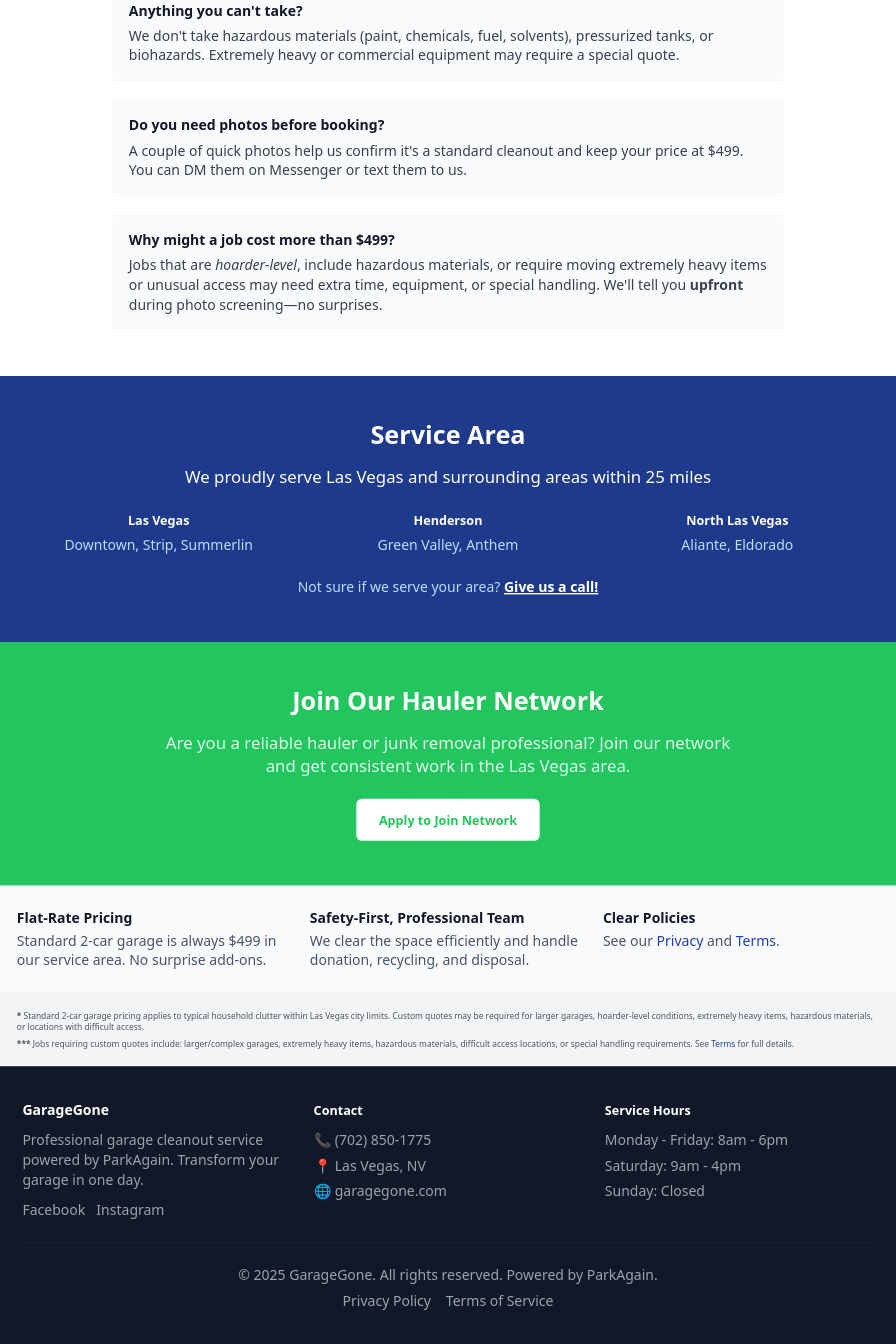
Repository: nikwhite1169/garagegone
Page: index.html
An editor plug-in stored every save of this project. The page is shown before and after the next save, followed by the edit.
The browser window is 1280 px wide. The pictures show the part of the page from y = 3853 to 5773 px (the page is 5773 px tall before and 5749 px after), at 70% of full size.
Some web libraries are served in a nearby version.

Above is the page before, as saved 2025-09-16 19:41:39.

After the next save:
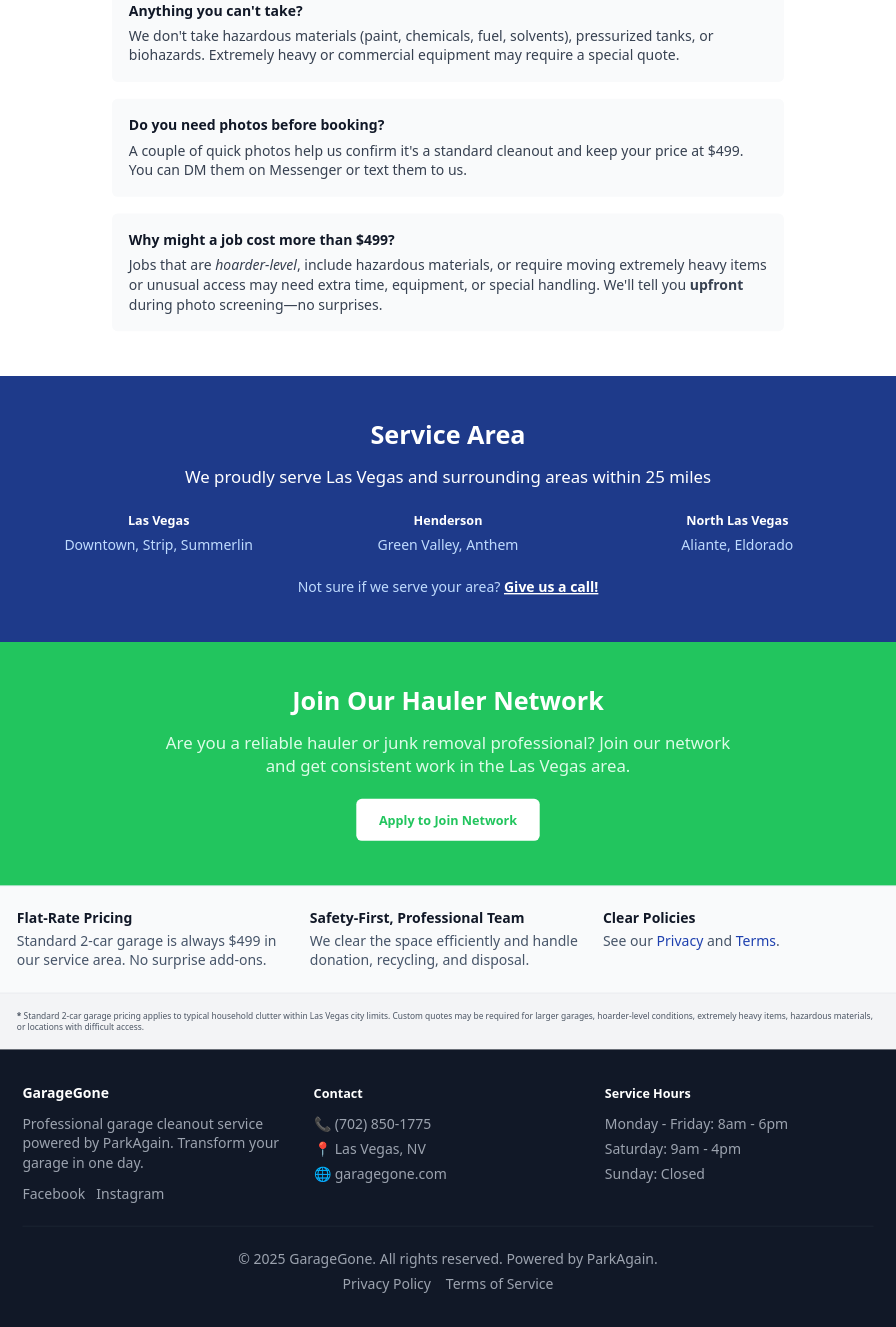
Saved 10 s later.
--- a/index.html
+++ b/index.html
@@ -397,7 +397,6 @@
       <div class="max-w-7xl mx-auto px-4 md:px-6">
          <div class="text-xs text-gray-600 space-y-2">
            <p><strong>*</strong> Standard 2-car garage pricing applies to typical household clutter within Las Vegas city limits. Custom quotes may be required for larger garages, hoarder-level conditions, extremely heavy items, hazardous materials, or locations with difficult access.</p>
-           <p><strong>***</strong> Jobs requiring custom quotes include: larger/complex garages, extremely heavy items, hazardous materials, difficult access locations, or special handling requirements. See <a href="terms-of-service.html" class="text-blue-800 hover:underline">Terms</a> for full details.</p>
          </div>
       </div>
     </section>
